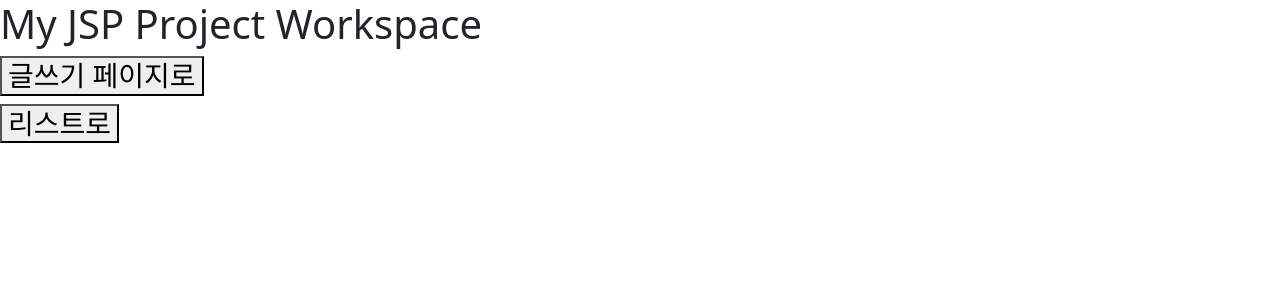
Repository: gajami-kim/240430_JSPJSTL_Study
Page: http://localhost/jsp_study2/index.jsp
These files come from the project's save history. The page is drawn as it stood at one moment and after the next save; the edit follows.
The browser window is 1280 px wide. The pictures show the whole page.
The page is served by Tomcat 9.

Above is the page before, as saved 2024-04-16 06:44:15.

After the next save:
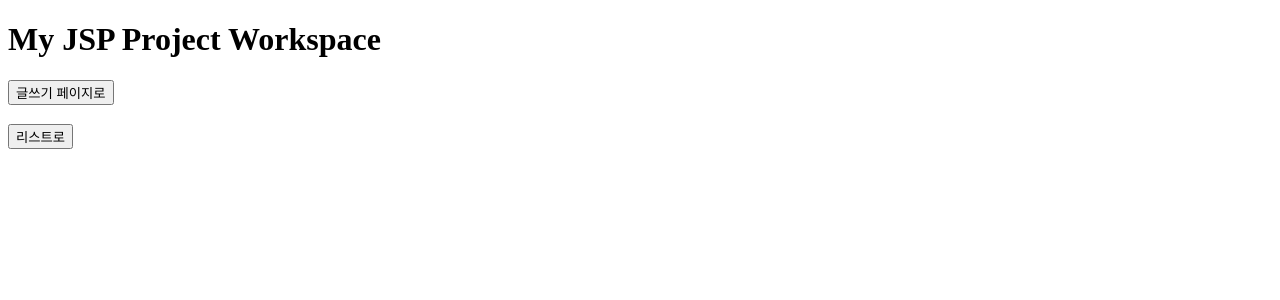
Saved 12 s later.
--- a/_jsp_workspace2/jsp_study2/src/main/webapp/index.jsp
+++ b/_jsp_workspace2/jsp_study2/src/main/webapp/index.jsp
@@ -5,8 +5,6 @@
 <head>
 <meta charset="UTF-8">
 <title>Insert title here</title>
-<link href="https://cdn.jsdelivr.net/npm/bootstrap@5.3.3/dist/css/bootstrap.min.css" rel="stylesheet" integrity="sha384-QWTKZyjpPEjISv5WaRU9OFeRpok6YctnYmDr5pNlyT2bRjXh0JMhjY6hW+ALEwIH" crossorigin="anonymous">
-<script src="https://cdn.jsdelivr.net/npm/bootstrap@5.3.3/dist/js/bootstrap.bundle.min.js" integrity="sha384-YvpcrYf0tY3lHB60NNkmXc5s9fDVZLESaAA55NDzOxhy9GkcIdslK1eN7N6jIeHz" crossorigin="anonymous"></script>
 </head>
 <body>
 <div>
